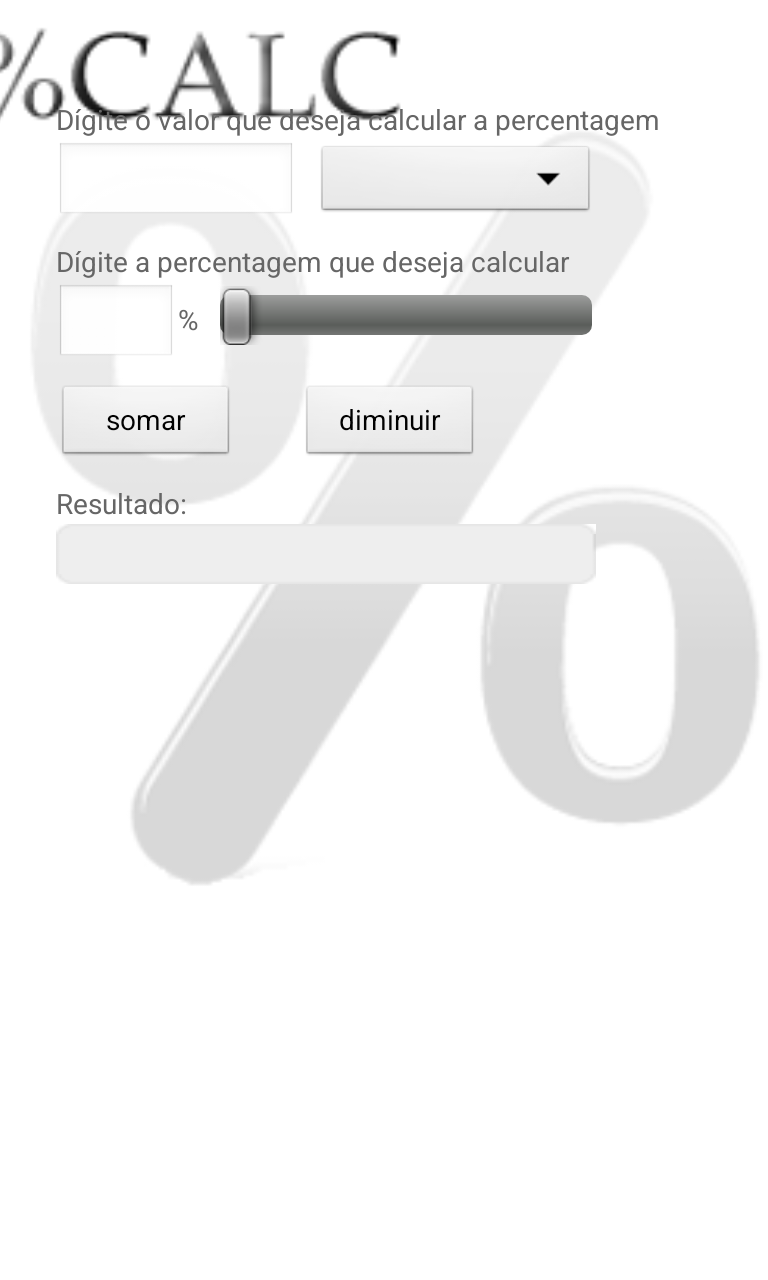
Repository: leoclaro/percentcalc
Layout: CalcularPercentagem/res/layout/main.xml
The author's editor kept a copy of each file at every save. The layout is drawn from the files as they stood at one save, then again after the next save.
It is drawn on a 768 x 1280 px phone screen (xhdpi) without system bars, with theme android:Theme; the app's code is not run.

Above is the layout before, as saved 2012-05-10 14:26:15.

After the next save:
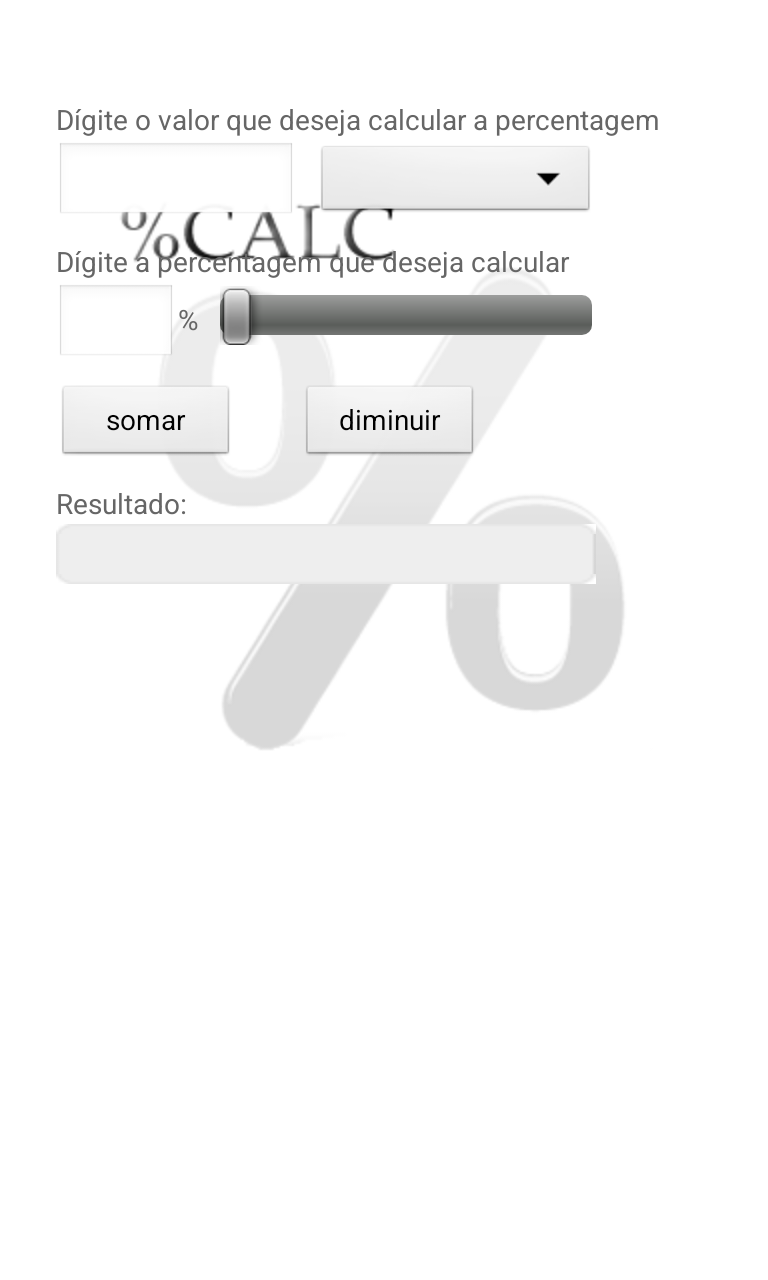
Saved 9 s later.
--- a/CalcularPercentagem/res/layout/main.xml
+++ b/CalcularPercentagem/res/layout/main.xml
@@ -8,7 +8,7 @@
         android:id="@+id/imageViewBG"
         android:layout_width="500dp"
         android:layout_height="500dp"
-        android:scaleType="centerCrop"
+        android:scaleType="centerInside"
         android:layout_marginTop="5dp"
         android:contentDescription="@string/image_bg"
         android:src="@drawable/bg" />
